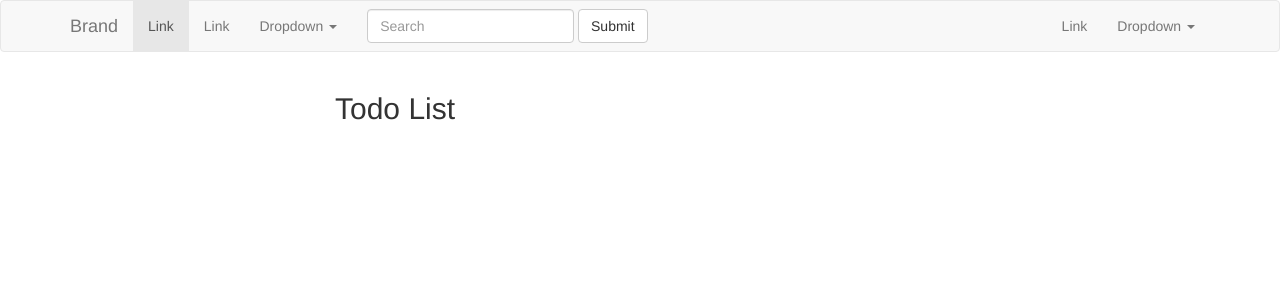
Repository: neoighodaro-articles/migrating-to-laravel
Page: http://localhost/pages/home.php?rel=add
An editor plug-in stored every save of this project. The page is shown before and after the next save, followed by the edit.
The browser window is 1280 px wide. The pictures show the whole page.
The page is run by PHP 8.4 with error messages shown; the project is at /var/www/html/.

Above is the page before, as saved 2018-06-12 19:59:38.

### vanilla/pages/home.php
<!DOCTYPE html>
<html lang="en">
<head>
  <meta charset="UTF-8">
  <meta name="viewport" content="width=device-width, initial-scale=1.0">
  <meta http-equiv="X-UA-Compatible" content="ie=edge">
  <title>Todo Home</title>
  <link rel="stylesheet" href="https://maxcdn.bootstrapcdn.com/bootstrap/3.3.7/css/bootstrap.min.css" integrity="sha384-BVYiiSIFeK1dGmJRAkycuHAHRg32OmUcww7on3RYdg4Va+PmSTsz/K68vbdEjh4u" crossorigin="anonymous">
</head>
<body>
<nav class="navbar navbar-default">
  <div class="container">
    <!-- Brand and toggle get grouped for better mobile display -->
    <div class="navbar-header">
      <button type="button" class="navbar-toggle collapsed" data-toggle="collapse" data-target="#bs-example-navbar-collapse-1" aria-expanded="false">
        <span class="sr-only">Toggle navigation</span>
        <span class="icon-bar"></span>
        <span class="icon-bar"></span>
        <span class="icon-bar"></span>
      </button>
      <a class="navbar-brand" href="#">Brand</a>
    </div>

    <!-- Collect the nav links, forms, and other content for toggling -->
    <div class="collapse navbar-collapse" id="bs-example-navbar-collapse-1">
      <ul class="nav navbar-nav">
        <li class="active"><a href="#">Link <span class="sr-only">(current)</span></a></li>
        <li><a href="#">Link</a></li>
        <li class="dropdown">
          <a href="#" class="dropdown-toggle" data-toggle="dropdown" role="button" aria-haspopup="true" aria-expanded="false">Dropdown <span class="caret"></span></a>
          <ul class="dropdown-menu">
            <li><a href="#">Action</a></li>
            <li><a href="#">Another action</a></li>
            <li><a href="#">Something else here</a></li>
            <li role="separator" class="divider"></li>
            <li><a href="#">Separated link</a></li>
            <li role="separator" class="divider"></li>
            <li><a href="#">One more separated link</a></li>
          </ul>
        </li>
      </ul>
      <form class="navbar-form navbar-left">
        <div class="form-group">
          <input type="text" class="form-control" placeholder="Search">
        </div>
        <button type="submit" class="btn btn-default">Submit</button>
      </form>
      <ul class="nav navbar-nav navbar-right">
        <li><a href="#">Link</a></li>
        <li class="dropdown">
          <a href="#" class="dropdown-toggle" data-toggle="dropdown" role="button" aria-haspopup="true" aria-expanded="false">Dropdown <span class="caret"></span></a>
          <ul class="dropdown-menu">
            <li><a href="#">Action</a></li>
            <li><a href="#">Another action</a></li>
            <li><a href="#">Something else here</a></li>
            <li role="separator" class="divider"></li>
            <li><a href="#">Separated link</a></li>
          </ul>
        </li>
      </ul>
    </div><!-- /.navbar-collapse -->
  </div><!-- /.container-fluid -->

</nav>

  <div class="col-md-5 col-md-offset-3">
    <h2>Todo List</h2>
  </div>
</body>
</html>

After the next save:
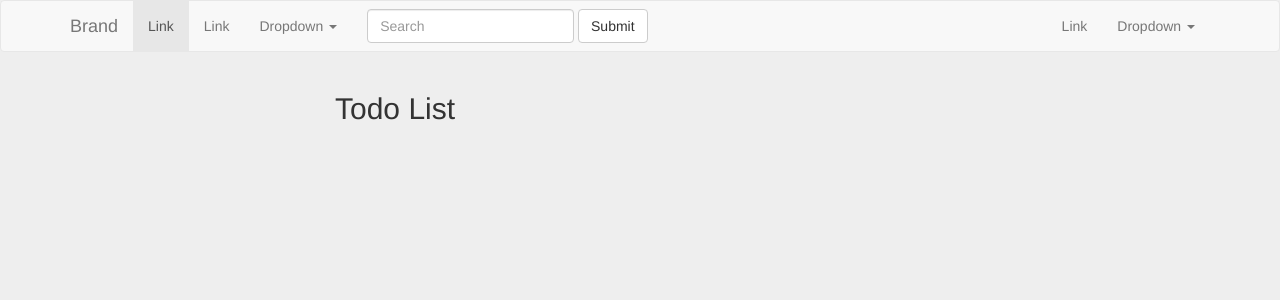
Saved 19 s later.
--- a/vanilla/pages/home.php
+++ b/vanilla/pages/home.php
@@ -6,6 +6,11 @@
   <meta http-equiv="X-UA-Compatible" content="ie=edge">
   <title>Todo Home</title>
   <link rel="stylesheet" href="https://maxcdn.bootstrapcdn.com/bootstrap/3.3.7/css/bootstrap.min.css" integrity="sha384-BVYiiSIFeK1dGmJRAkycuHAHRg32OmUcww7on3RYdg4Va+PmSTsz/K68vbdEjh4u" crossorigin="anonymous">
+  <style>
+    body {
+      background: #EEE;
+    }
+  </style>
 </head>
 <body>
 <nav class="navbar navbar-default">
